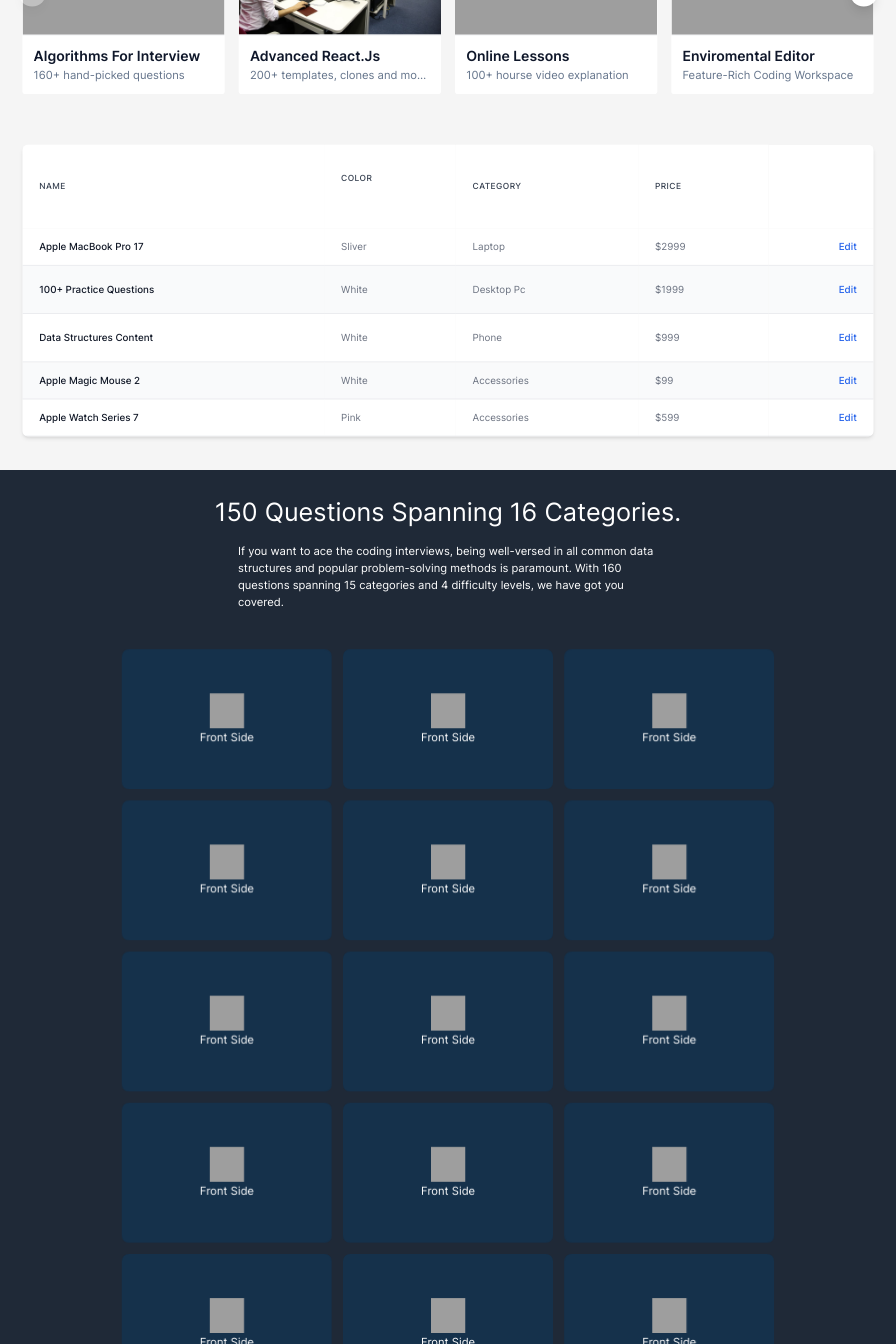
Repository: om1ars/Xjkey
Page: /
The author's editor kept a copy of each file at every save. The page is drawn from the files as they stood at one save, then again after the next save.
The browser window is 1280 px wide. The pictures show the part of the page from y = 768 to 2688 px (the page is 3648 px tall before and 3624 px after), at 70% of full size.
Pictures or frames that could not be fetched are drawn as grey boxes. The project was rebuilt for these pictures with package versions that can differ from the ones it lists, and the page was loaded fresh each time. The framework's server and built-in components were replaced by stand-ins that run in the browser. Also part of the build but not shown: next.config.js.

Above is the page before, as saved 2022-03-19 01:39:10.

After the next save:
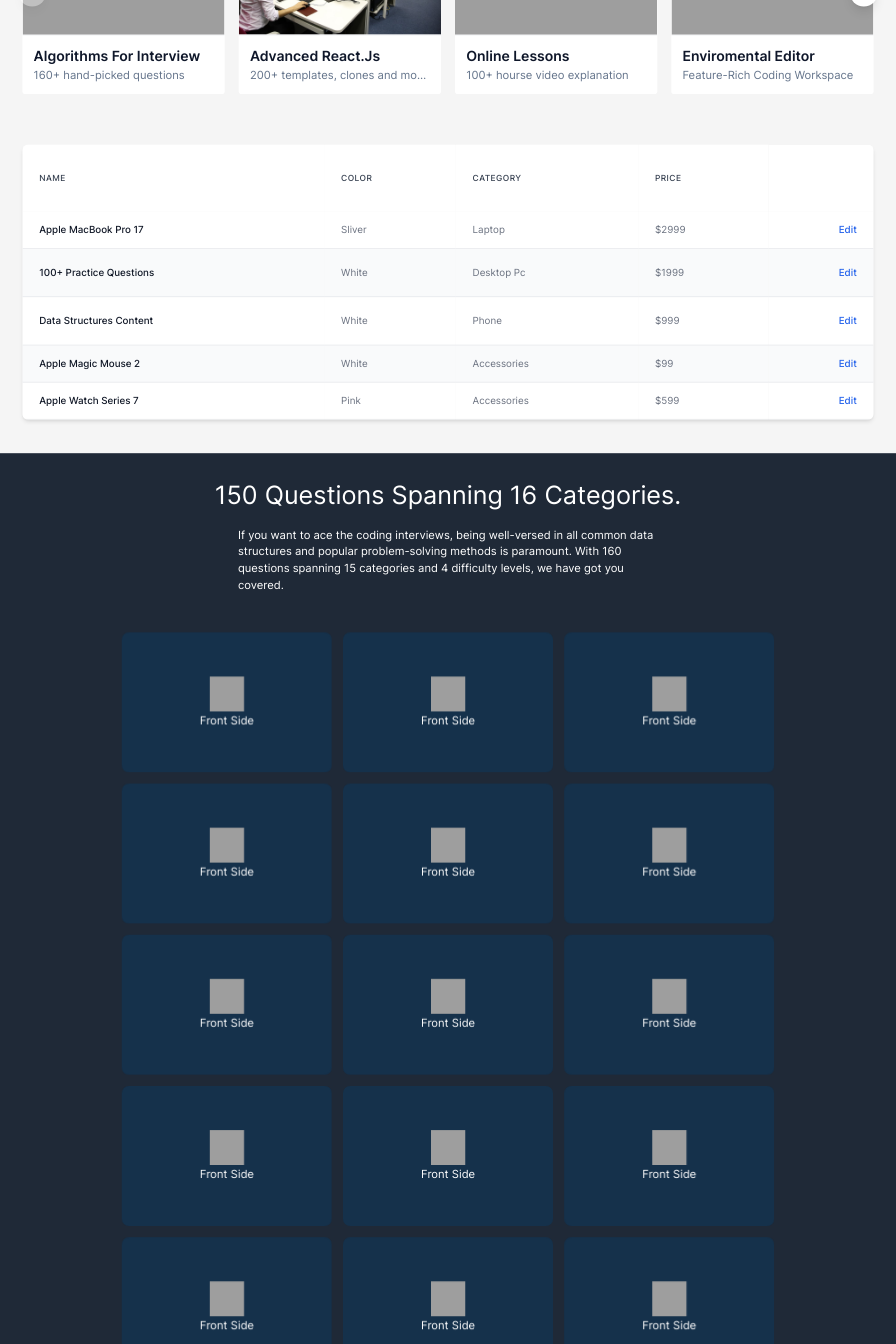
Saved 4 s later.
--- a/src/components/HomeComponents/CompareTable.tsx
+++ b/src/components/HomeComponents/CompareTable.tsx
@@ -18,7 +18,7 @@ export default function CompareTable() {
                     </th>
                     <th
                       scope="col"
-                      className="py-3 px-6   pt-10 pb-16 text-left text-xs font-medium uppercase tracking-wider text-gray-700 dark:text-gray-400"
+                      className="py-3 px-6   pt-10 pb-10 text-left text-xs font-medium uppercase tracking-wider text-gray-700 dark:text-gray-400"
                     >
                       Color
                     </th>
